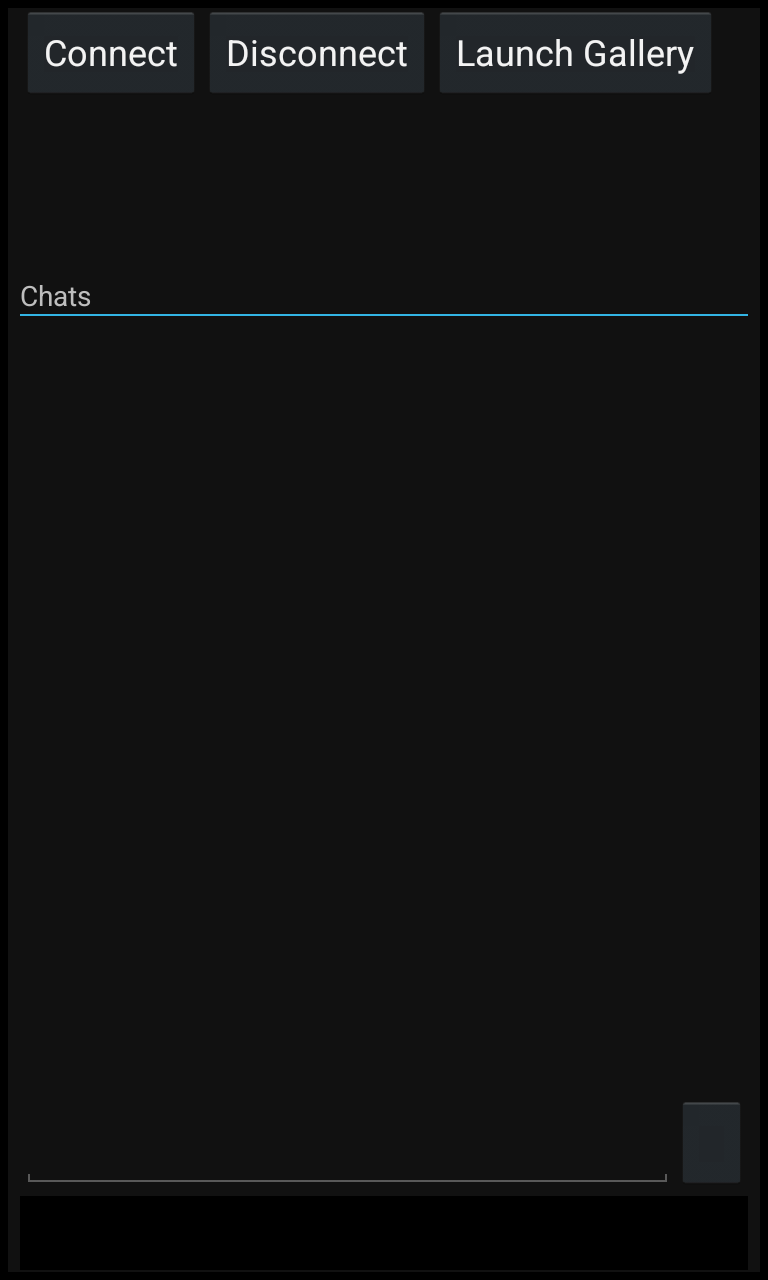
Repository: flyingbuffalo/AndroidTest
Layout: WiFiDirectDemo/res/layout/device_detail.xml
An editor plug-in stored every save of this project. The layout is shown before and after the next save, followed by the edit.
It is drawn on a 768 x 1280 px phone screen (xhdpi) without system bars, with theme android:Theme.Holo; the app's code is not run. Lists and similar views that code fills are empty.

Above is the layout before, as saved 2014-08-05 13:16:16.

### WiFiDirectDemo/res/layout/device_detail.xml
<?xml version="1.0" encoding="utf-8"?>
<RelativeLayout
    xmlns:android="http://schemas.android.com/apk/res/android"
    android:orientation="horizontal"
    android:layout_width="match_parent"
    android:layout_height="match_parent"
    android:background="@drawable/details_view"
    android:visibility="visible">

    <LinearLayout
        android:orientation="vertical"
        android:layout_width="match_parent"
        android:layout_height="wrap_content"
        android:layout_alignParentLeft="true"
        android:layout_alignParentRight="true"
        android:layout_alignParentTop="true"
        android:layout_above="@+id/chat_typing" >

        <LinearLayout
            android:orientation="horizontal"
            android:layout_width="match_parent"
            android:layout_height="wrap_content">
            <Button
                android:id="@+id/btn_connect"
                android:layout_width="wrap_content"
                android:layout_height="wrap_content"
                android:text="@string/connect_peer_button" />
            <Button
                android:id="@+id/btn_disconnect"
                android:layout_width="wrap_content"
                android:layout_height="wrap_content"
                android:text="@string/disconnect_peer_button" />
            <Button
                android:id="@+id/btn_start_client"
                android:layout_width="wrap_content"
                android:layout_height="wrap_content"
                android:text="@string/get_file_button"
                android:visibility="visible" />
        </LinearLayout>
        <TextView
            android:id="@+id/device_address"
            android:layout_width="match_parent"
            android:layout_height="wrap_content" />
        <TextView
            android:id="@+id/device_info"
            android:layout_width="match_parent"
            android:layout_height="wrap_content" />
        <TextView
            android:id="@+id/group_owner"
            android:layout_width="match_parent"
            android:layout_height="wrap_content" />
        <TextView
            android:id="@+id/group_ip"
            android:layout_width="match_parent"
            android:layout_height="wrap_content" />

        <TextView
            android:layout_marginTop="12dp"
	        android:layout_width="fill_parent"
	        android:layout_height="wrap_content"
	        android:gravity="center_vertical"
	        android:text="Chats" />

	    <View
	        android:layout_width="fill_parent"
	        android:layout_height="1dp"
	        android:gravity="center_vertical"
	        android:background="@android:color/holo_blue_light" />

	    <!-- Available peers -->
	    <ListView
	        android:layout_marginTop="5dp"
	        android:layout_marginBottom="5dp"
	        android:id="@+id/chat_list"
	        android:layout_width="match_parent"
	        android:layout_height="match_parent"
	        android:drawSelectorOnTop="false" />

    </LinearLayout>

    <LinearLayout
        android:layout_width="match_parent"
        android:layout_height="wrap_content"
        android:id="@+id/chat_typing"
        android:orientation="horizontal"
        android:layout_marginBottom="3dp"
        android:layout_alignParentLeft="true"
        android:layout_alignParentRight="true"
		android:layout_above="@+id/status_bar" >

        <EditText
            android:layout_width="0dp"
            android:layout_height="match_parent"
            android:layout_weight="9"
            android:id="@+id/chat_edttext" >
        </EditText>

        <Button
            android:layout_width="0dp"
            android:layout_height="match_parent"
            android:layout_weight="1"
            android:id="@+id/chat_btn" >
        </Button>

    </LinearLayout>

    <LinearLayout
        android:layout_width="match_parent"
        android:id="@+id/status_bar"
        android:orientation="vertical"
        android:layout_gravity="bottom"
        android:layout_height="37dp"
        android:layout_marginBottom="3dp"
        android:background="@android:color/background_dark"
        android:layout_alignParentLeft="true"
        android:layout_alignParentRight="true"
        android:layout_alignParentBottom="true" >

        <TextView
            android:layout_width="wrap_content"
            android:layout_height="match_parent"
            android:layout_gravity="center"
            android:layout_margin="5dp"
            android:textColor="@android:color/white"
            android:id="@+id/status_text">
        </TextView>
    </LinearLayout>
</RelativeLayout>

Loaded but not shown: WiFiDirectDemo/res/drawable/details_view.xml (common file); WiFiDirectDemo/res/values/strings.xml (common file); WiFiDirectDemo/res/values/colors.xml (common file)

After the next save:
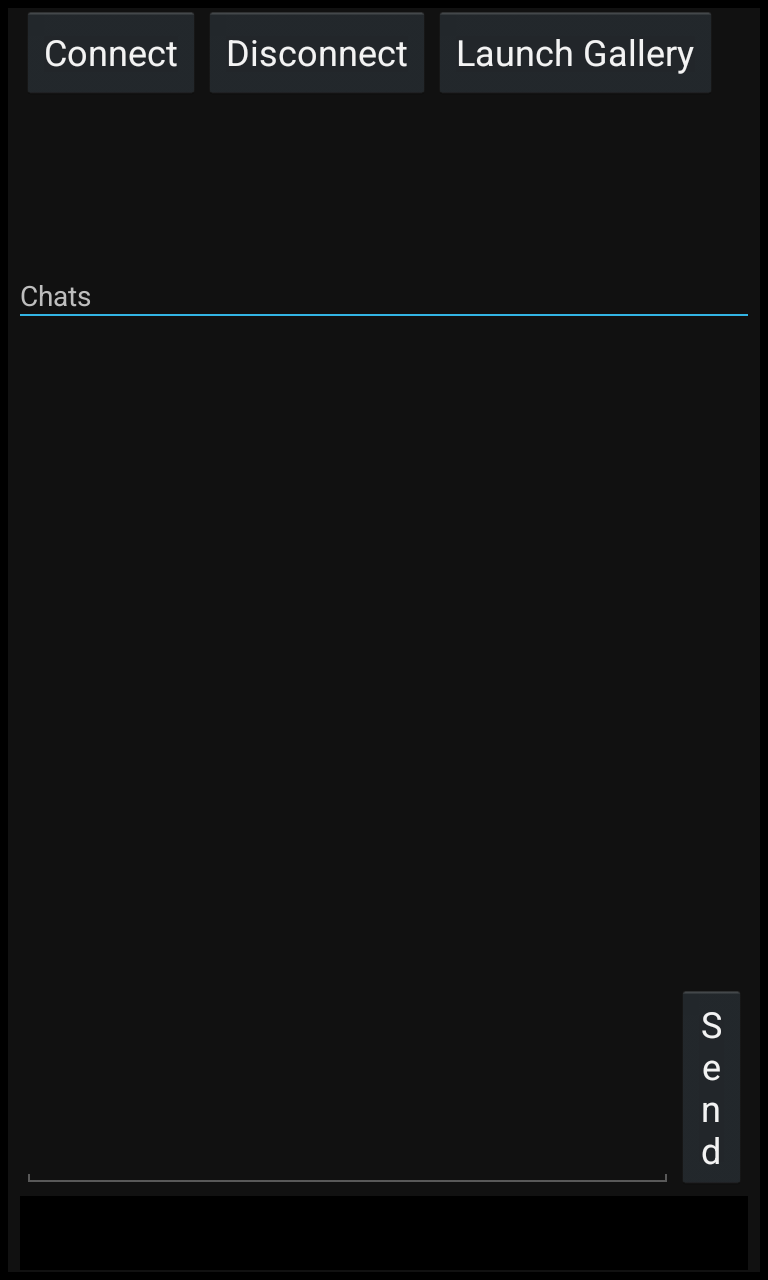
Saved 8 s later.
--- a/WiFiDirectDemo/res/layout/device_detail.xml
+++ b/WiFiDirectDemo/res/layout/device_detail.xml
@@ -99,6 +99,7 @@
             android:layout_width="0dp"
             android:layout_height="match_parent"
             android:layout_weight="1"
+            android:text="Send"
             android:id="@+id/chat_btn" >
         </Button>
 
